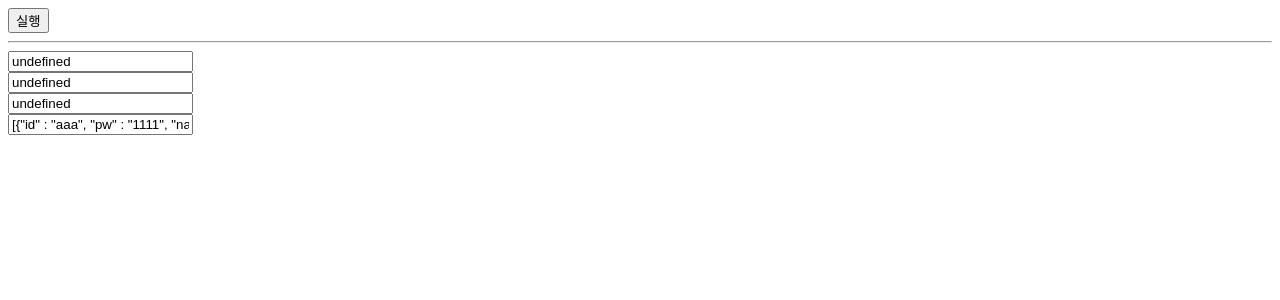
Repository: jinseon5462/Study_Jsp2
Page: http://localhost/ajax_crud/listView.jsp
The author's editor kept a copy of each file at every save. The page is drawn from the files as they stood at one save, then again after the next save.
The browser window is 1280 px wide. The pictures show the whole page.
After loading, the first visible `#btn` was clicked once.
The page is served by Tomcat 9.

Above is the page before, as saved 2023-01-03 12:04:52.

After the next save:
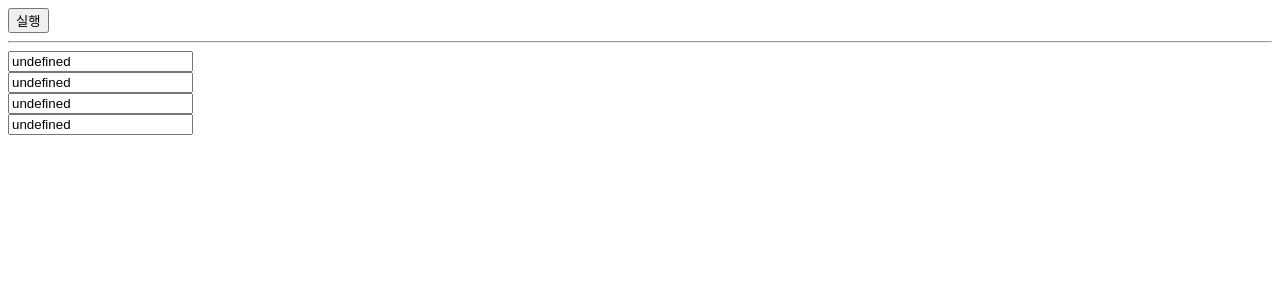
Saved 6 s later.
--- a/jsp_ws/ajax_crud/src/main/webapp/listView.jsp
+++ b/jsp_ws/ajax_crud/src/main/webapp/listView.jsp
@@ -27,7 +27,7 @@
 			document.getElementById("id").value = obj.id;
 			document.getElementById("pw").value = obj.pw;
 			document.getElementById("name").value = obj.name;
-			document.getElementById("tel").value = this.responseText;
+			document.getElementById("tel").value = obj.tel;
 		}
 		xhttp.open("GET", "text.txt");
 		xhttp.send();
